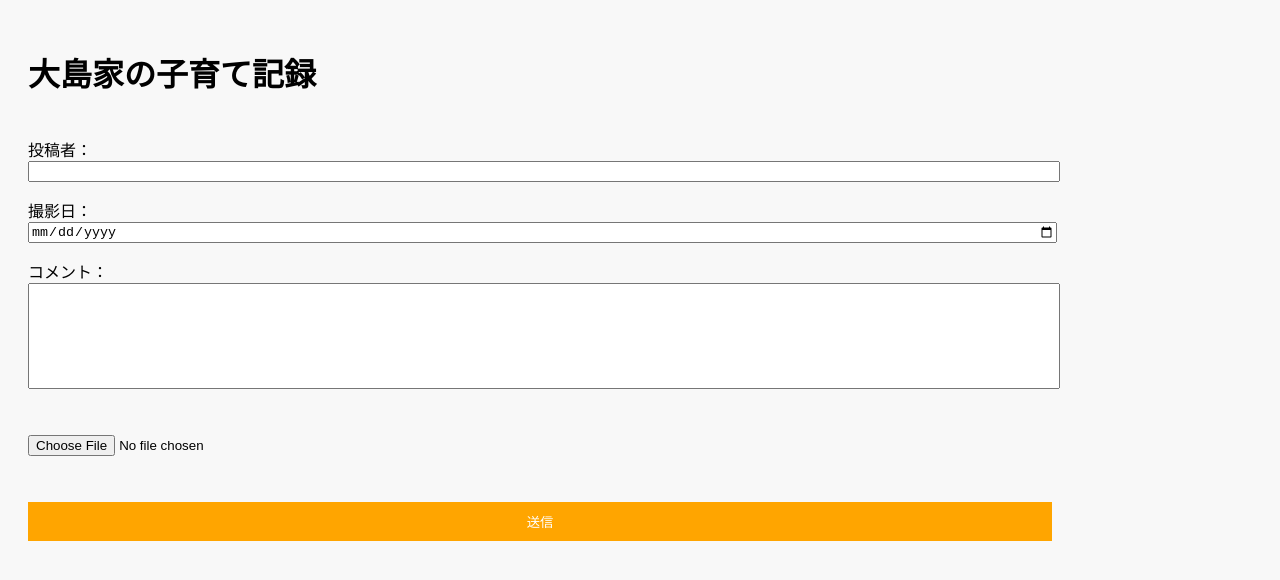
Repository: daidai0602/gs_kadai_questionnaire
Page: http://localhost/post.php
The author's editor kept a copy of each file at every save. The page is drawn from the files as they stood at one save, then again after the next save.
The browser window is 1280 px wide. The pictures show the whole page.
The page is run by PHP 8.4 with error messages shown; the project is at /var/www/html/.

Above is the page before, as saved 2023-11-15 23:18:49.

### post.php
<!DOCTYPE html>
<html lang="ja">
<head>
  <meta charset="UTF-8">
  <title>Document</title>
  <style>
    body {
      font-family: Arial, Helvetica, sans-serif;
      background-color: #f8f8f8;;
      padding: 20px;
      width: 80%;
      /* text-align: center; */
    }
    h1 {
      padding-bottom: 20px;
    }
    input{
      width: 100%;
    }
    input[type=textarea]{
      height: 100px;
    }
    input[type=file]{
      padding: 30px 0;
    }
    input[type=submit]{
      background-color: orange;
      color: white;
      padding: 10px 20px;
      border: none;
      cursor: pointer;

    }

  </style>
</head>
<body>
  <h1>大島家の子育て記録</h1>
  <form action="write.php" method="post" enctype="multipart/form-data">
    <p>投稿者：<br>
       <input type="text" name="name" size="15" required></p>
    <p>撮影日：<br>
       <input type="date" name="date" required></p>
    <p>コメント：<br>
       <input type="textarea" name="comment" size="20" required></p>
    <p><input type="file" name="upload_image"accept=".jpg,.jpeg,.png"></p>
    <p><input type="submit" class="btn_submit" value="送信"></p>
  </form>
</body>
</html>

After the next save:
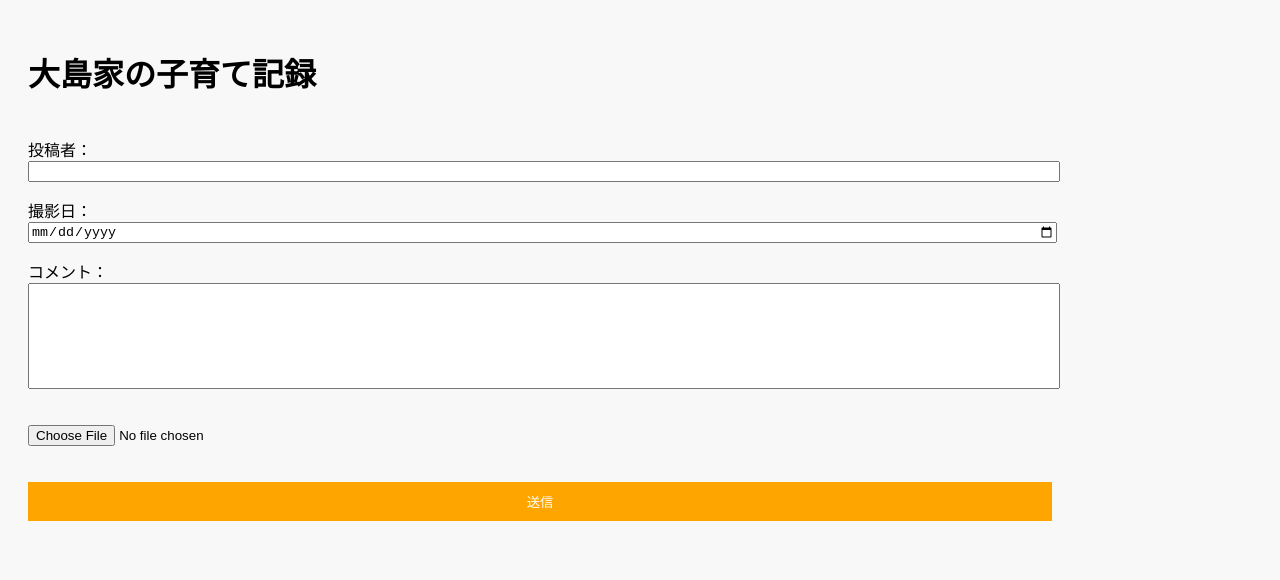
Saved 13 s later.
--- a/post.php
+++ b/post.php
@@ -21,7 +21,7 @@
       height: 100px;
     }
     input[type=file]{
-      padding: 30px 0;
+      padding: 20px 0;
     }
     input[type=submit]{
       background-color: orange;
